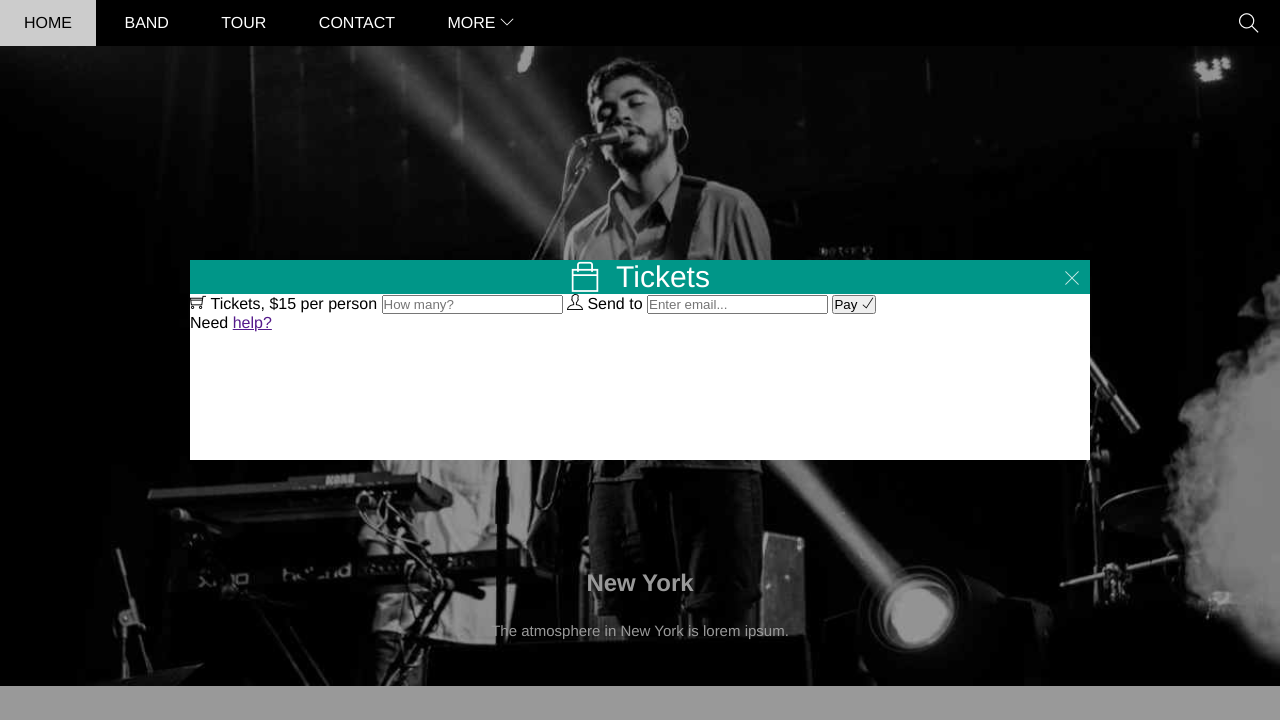
Repository: vophuocthanh/phuocthanhk03
Page: index.html
The author's editor kept a copy of each file at every save. The page is drawn from the files as they stood at one save, then again after the next save.
The browser window is 1280 px wide. The pictures show the window.
A layer covers the whole window, so only the first screen is drawn.

Above is the page before, as saved 2022-03-25 22:14:10.

### index.html
<!DOCTYPE html>
<html lang="en">

<head>
    <meta charset="UTF-8" />
    <meta http-equiv="X-UA-Compatible" content="IE=edge" />
    <meta name="viewport" content="width=device-width, initial-scale=1.0" />
    <title>THE BAND</title>
    <link rel="stylesheet" href="./asset/css/style.css" />
    <link rel="stylesheet" href="/asset/icon/themify-icons/themify-icons.css">
</head>

<body>
    <div id="main">
        <div id="header">
            <!-- Begin : nav -->
            <ul id="nav">
                <li><a href="">Home<a></li>
                <li><a href="">Band</a></li>
                <li><a href="">Tour</a></li>
                <li><a href="">Contact</a></li>
                <li>
                    <a href="">
                        More
                        <i class="nav-arrow-down ti-angle-down"></i>
                    </a>
                    <ul class="subnav">
                        <li><a href="">Merchandise</a></li>
                        <li><a href="">Extras</a></li>
                        <li><a href="">Media</a></li>
                    </ul>
                </li>
            </ul>
            <!-- End: nav -->

            <!-- Begin: Search -->
            <div class="search-btn">
                <i class="search-icon ti-search"></i>
            </div>
            <!-- End: Search -->
        </div>

        <div id="slider">
            <div class="text-content">
                <h2 class="text-heading">New York</h2>
                <div class="text-description">The atmosphere in New York is lorem ipsum.</div>
            </div>
        </div>

        <div id="content">
            <!-- About section -->
            <div class="content-section">
                <h2 class="section-heading">THE BAND</h2>
                <p class="section-sub-heading">We love music</p>
                <p class="about-text">We have created a fictional band website. Lorem ipsum dolor sit amet, consectetur adipiscing elit, sed do eiusmod tempor incididunt ut labore et dolore magna aliqua. Ut enim ad minim veniam, quis nostrud exercitation ullamco laboris nisi
                    ut aliquip ex ea commodo consequat. Duis aute irure dolor in reprehenderit in voluptate velit esse cillum dolore eu fugiat nulla pariatur. Excepteur sint occaecat cupidatat non proident, sunt in culpa qui officia deserunt mollit anim
                    id est laborum consectetur adipiscing elit, sed do eiusmod tempor incididunt ut labore et dolore magna aliqua. Ut enim ad minim veniam, quis nostrud exercitation ullamco laboris nisi ut aliquip ex ea commodo consequat.</p>

                <div class="members-list">
                    <div class="member-item">
                        <p class="member-name">Name</p>
                        <img src="./asset/img/band/member1.jpg" alt="Name" class="member-img">
                    </div>

                    <div class="member-item">
                        <p class="member-name">Name</p>
                        <img src="./asset/img/band/member1.jpg" alt="Name" class="member-img">
                    </div>

                    <div class="member-item">
                        <p class="member-name">Name</p>
                        <img src="./asset/img/band/member1.jpg" alt="Name" class="member-img">
                    </div>
                    <div class="clear"></div>
                </div>
            </div>




            <!-- Tour section -->
            <div class="tour-section">
                <div class="content-section">
                    <h2 class="section-heading
                    text-white">TOUR DATES</h2>
                    <p class="section-sub-heading text-white">Remember to book your tickets!</p>

                    <!-- ticket -->

                    <ul class="ticket-list">
                        <li>September <span class="sold-out">Sold out</span></li>
                        <li>Octoberr <span class="sold-out">Sold out</span></li>
                        <li>November <span class="quantily">3</span></li>
                    </ul>

                    <!-- Places -->
                    <div class="place-list">
                        <div class="place-item">
                            <img src="./asset/img/places/place1.jpg" alt="New York" class="place-img">
                            <div class="place-body">
                                <h3 class="place-heading">New York</h3>
                                <p class="place-time">Fri 27 Nov 2016</p>
                                <p class="place-desc">Praesent tincidunt sed tellus ut rutrum sed vitae justo.</p>
                                <a href="#" class="place-buy-btn">Buy Tickets</a>
                            </div>
                        </div>
                        <div class="place-item">
                            <img src="./asset/img/places/place2.jpg" alt="New York" class="place-img">
                            <div class="place-body">
                                <h3 class="place-heading">Paris</h3>
                                <p class="place-time">Sat 28 Nov 2016</p>
                                <p class="place-desc">Praesent tincidunt sed tellus ut rutrum sed vitae justo.</p>
                                <a href="#" class="place-buy-btn">Buy Tickets</a>
                            </div>
                        </div>
                        <div class="place-item">
                            <img src="./asset/img/places/palce3.jpg" alt="New York" class="place-img">
                            <div class="place-body">
                                <h3 class="place-heading">San Francisco</h3>
                                <p class="place-time">Sun 29 Nov 2016</p>
                                <p class="place-desc">Praesent tincidunt sed tellus ut rutrum sed vitae justo.</p>
                                <a href="#" class="place-buy-btn">Buy Tickets</a>
                            </div>
                        </div>
                        <div class="clear"></div>
                    </div>
                </div>

            </div>
            <!-- Contact section -->
            <div class="content-section">
                <h2 class="section-heading">CONTACT</h2>
                <p class="section-sub-heading">Fan? Drop a note!</p>
            </div>

            <div id="footer">

            </div>

        </div>

        <div class="modal">
            <div class="modal-container">
                <div class="modal-close">
                    <i class="ti-close"></i>
                </div>


                <header class="modal-header">
                    <i class="modal-heading-icon ti-bag"></i> Tickets
                </header>

                <div class="modal-body">
                    <label for="" class="modal-label">
                        <i class="ti-shopping-cart"></i>
                        Tickets, $15 per person
                    </label>
                    <input type="text" class="modal-input" placeholder="How many?">

                    <label for="" class="modal-label">
                        <i class="ti-user"></i>
                        Send to
                    </label>
                    <input type="email" class="modal-input" placeholder="Enter email...">


                    <button id="buy-tickets">
                        Pay <i class="ti-check"></i>
                    </button>
                </div>


                <footer class="modal-footer">
                    <p class="modal-help">Need <a href="">help?</a></p>
                </footer>
            </div>
        </div>


</body>

</html>

### asset/css/style.css
    /*Reset*/

* {
    padding: 0;
    margin: 0;
    box-sizing: border-box;
}

html {
    font-family: Helvetica, Arial, sans-serif;
}


/*
 1. Từ ngoài vào trong
 2. Trên xuống dưới
 3. Từ tổng quan đến chi tiết

*/


/*
1. Vị Trí
2. Màu Sắc
3. Kích Thước
4.Kiểu Dáng */

.clear {
    clear: both;
}

.text-white {
    color: #fff !important;
}

#main {}

#header {
    height: 46px;
    background-color: #000;
    position: fixed;
    top: 0;
    left: 0;
    right: 0;
    z-index: 1;
}

#nav {
    display: inline-block;
}

.subnav {
    list-style-type: none;
}

#nav>li {
    display: inline-block;
}

#nav li {
    position: relative;
}

#nav>li>a {
    color: #fff;
    text-transform: uppercase;
}

#nav li a {
    color: #fff;
    text-decoration: none;
    line-height: 46px;
    padding: 0 24px;
    display: block;
}

#nav li:hover .subnav {
    display: block;
}

#nav>li:hover>a,
#nav .subnav li:hover {
    color: #000;
    background-color: #ccc;
}

#nav .subnav {
    display: none;
    position: absolute;
    top: 100%;
    left: 0;
    min-width: 160px;
    background-color: #fff;
    box-shadow: 0 0 10px rgba(0, 0, 0, 0.3);
}

#nav .subnav a {
    color: #000;
    padding: 0 12px;
}

#nav .nav-arrow-down {
    font-size: 14px;
}

#header .search-btn {
    float: right;
    padding: 0 21px;
    cursor: pointer;
}

#header .search-btn:hover {
    background-color: #f44336;
}

#header .search-icon {
    color: #fff;
    font-size: 20px;
    line-height: 46px;
}

#slider {
    position: relative;
    margin-top: 46px;
    padding-top: 50%;
    background: url("/asset/img/slider/slider1.jpg") top center / cover no-repeat;
}

#slider .text-content {
    position: absolute;
    bottom: 47px;
    color: #fff;
    left: 50%;
    transform: translate(-50%);
    text-align: center;
}

#slider .text-headin {
    font-weight: 500;
    font-size: 24px;
}

#slider .text-description {
    font-size: 15px;
    margin-top: 25px;
}

#content {}

#content .content-section {
    width: 800px;
    padding: 64px 0;
    margin-left: auto;
    margin-right: auto;
}

#content .section-heading {
    font-size: 30px;
    font-weight: 500;
    text-align: center;
    letter-spacing: 4px;
}

#content .section-sub-heading {
    font-size: 15px;
    text-align: center;
    margin-top: 25px;
    font-style: italic;
    opacity: 0.6;
}

#content .about-text {
    font-size: 15px;
    margin-top: 25px;
    text-align: justify;
    line-height: 1.4;
}

#content .members-list {
    margin-top: 48px;
}

#content .member-item {
    float: left;
    width: 33.3333%;
    text-align: center;
}

#content .member-name {
    font-size: 15px;
}

#content .member-img {
    width: 154px;
    margin-top: 15px;
    border-radius: 4%;
}


/* Tour-section */

.tour-section {
    background-color: #000;
}

.ticket-list {
    background-color: #fff;
    list-style: none;
    margin-top: 40px;
}

.ticket-list li {
    color: #757575;
    font-size: 15px;
    padding: 11px 16px;
    border-bottom: 1px solid #ddd;
}

.ticket-list .sold-out {
    background-color: #f44336;
    color: #fff;
    padding: 3px 4px;
    margin-left: 16px;
}

.ticket-list .quantily {
    float: right;
    width: 24px;
    height: 24px;
    background-color: #000;
    color: #fff;
    border-radius: 50%;
    text-align: center;
    line-height: 24px;
    margin-top: -3px;
}


/* Places */

.place-list {
    margin: 32px -8px 0;
    padding-bottom: 48px;
}

.place-item {
    float: left;
    width: 33.33333%;
    padding: 0 8px;
}

.place-img {
    width: 100%;
    display: block;
}

.place-img:hover {
    opacity: 0.6;
}

.place-body {
    padding: 16px;
    font-size: 15px;
    background-color: #fff;
}

.place-heading {
    font-size: 15px;
    font-weight: 600;
}

.place-time {
    margin-top: 15px;
    color: #757575;
}

.place-desc {
    margin-top: 15px;
    line-height: 1.4;
}

.place-buy-btn {
    background-color: #000;
    color: #fff;
    text-decoration: none;
    padding: 11px 16px;
    display: inline-block;
    margin-top: 15px;
}

.place-buy-btn:hover {
    color: #000;
    background-color: #ccc;
}


/* Foote section */

#foote {}


/* Modal */

.modal {
    position: fixed;
    top: 0;
    right: 0;
    bottom: 0;
    left: 0;
    background-color: rgba(0, 0, 0, 0.4);
    display: flex;
    align-items: center;
    justify-content: center;
}

.modal-container {
    background-color: #fff;
    width: 900px;
    min-height: 200px;
    position: relative;
}

.modal-header {
    background-color: #009688;
    height: 129px px;
    display: flex;
    align-items: center;
    justify-content: center;
    font-size: 30px;
    color: #fff;
}

.modal-heading-icon {
    margin-right: 16px;
}

.modal-close:hover {
    opacity: 1;
}

.modal-close {
    position: absolute;
    right: 0;
    top: 0;
    color: #fff;
    padding: 10px;
    cursor: pointer;
    opacity: 0.8;

Loaded but not shown: asset/icon/themify-icons/themify-icons.css (common file)

After the next save:
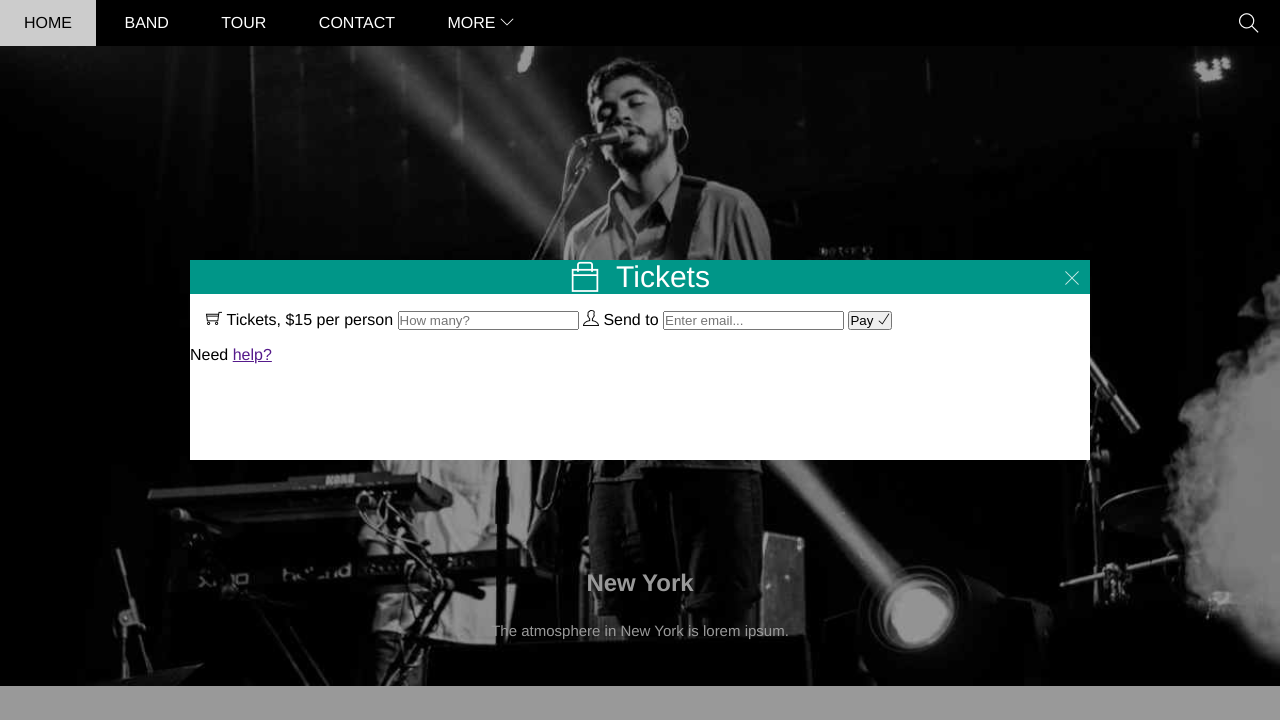
Saved 101 s later.
--- a/asset/css/style.css
+++ b/asset/css/style.css
@@ -1,4 +1,4 @@
-    /*Reset*/
+/*Reset*/
 
 * {
     padding: 0;
@@ -346,3 +346,8 @@ html {
     padding: 10px;
     cursor: pointer;
     opacity: 0.8;
+}
+
+.modal-body {
+    padding: 16px;
+}
